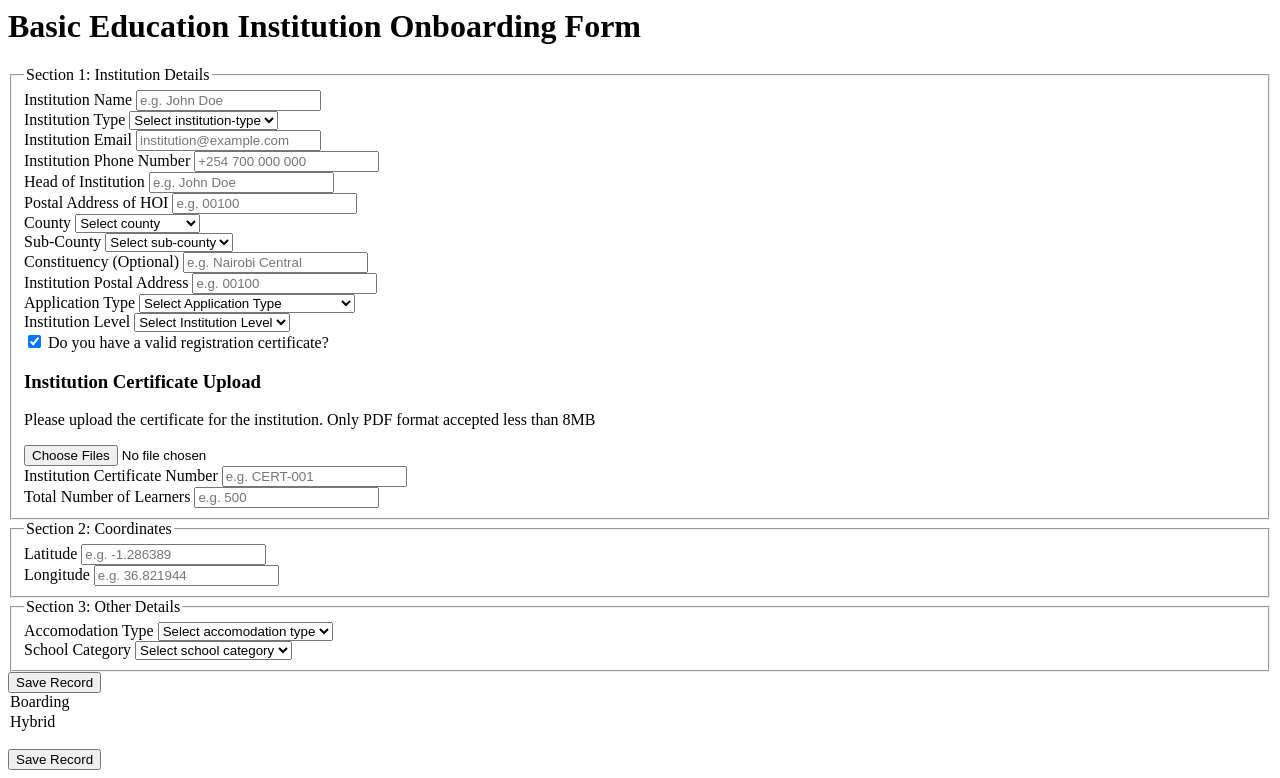
Repository: ndirituart/KEMIS
Page: angular-client/src/app/pages/basic-education/basic-education.html
The author's editor kept a copy of each file at every save. The page is drawn from the files as they stood at one save, then again after the next save.
The browser window is 1280 px wide. The pictures show the whole page.

Above is the page before, as saved 2026-10-20 21:46:48.

After the next save:
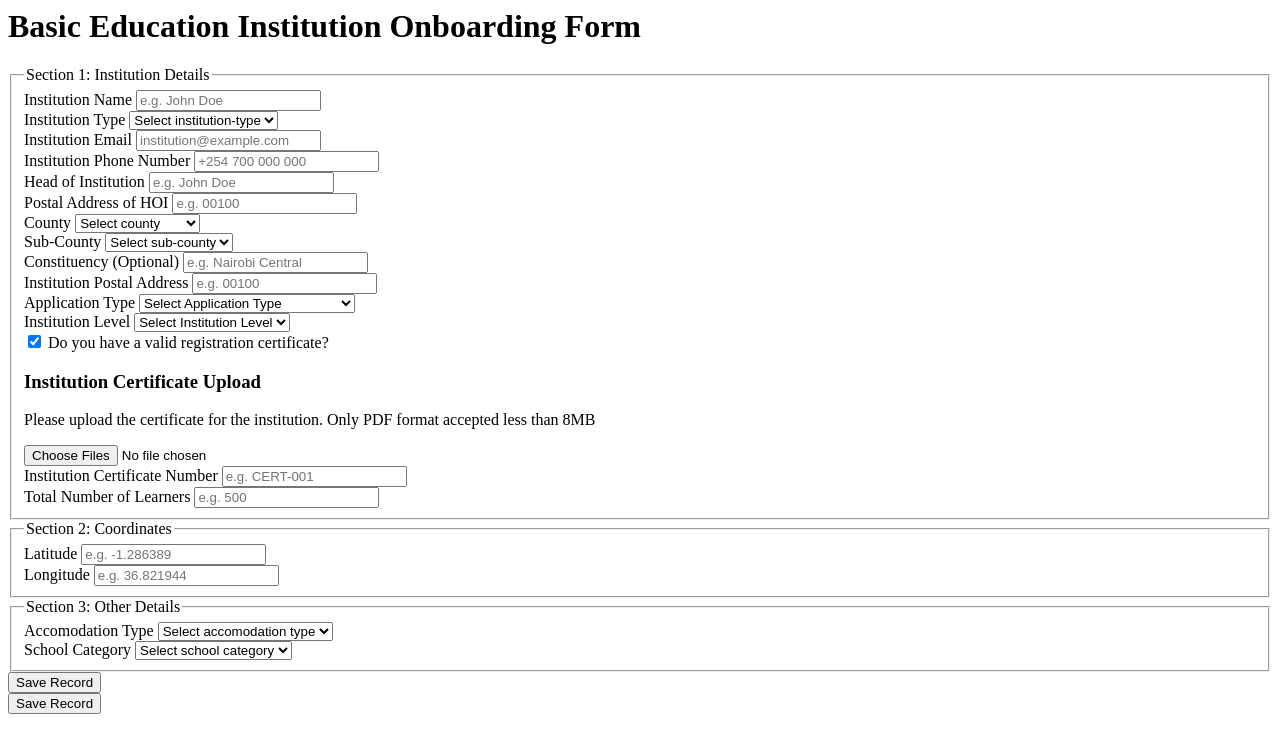
Saved 41 s later.
--- a/angular-client/src/app/pages/basic-education/basic-education.html
+++ b/angular-client/src/app/pages/basic-education/basic-education.html
@@ -237,12 +237,7 @@
   <!-- Submit Button -->
   <div class="d-grid gap-2 mt-4">
     <button type="submit" class="btn btn-primary btn-lg">Save Record</button>
-          <option value="Boarding">Boarding</option>
-          <option value="Hybrid">Hybrid</option>
-        </select>
-      </div>
-    </div>
-  </fieldset>
+  </div>
 
   <!-- Submit Button -->
   <div class="d-grid gap-2 mt-4">
